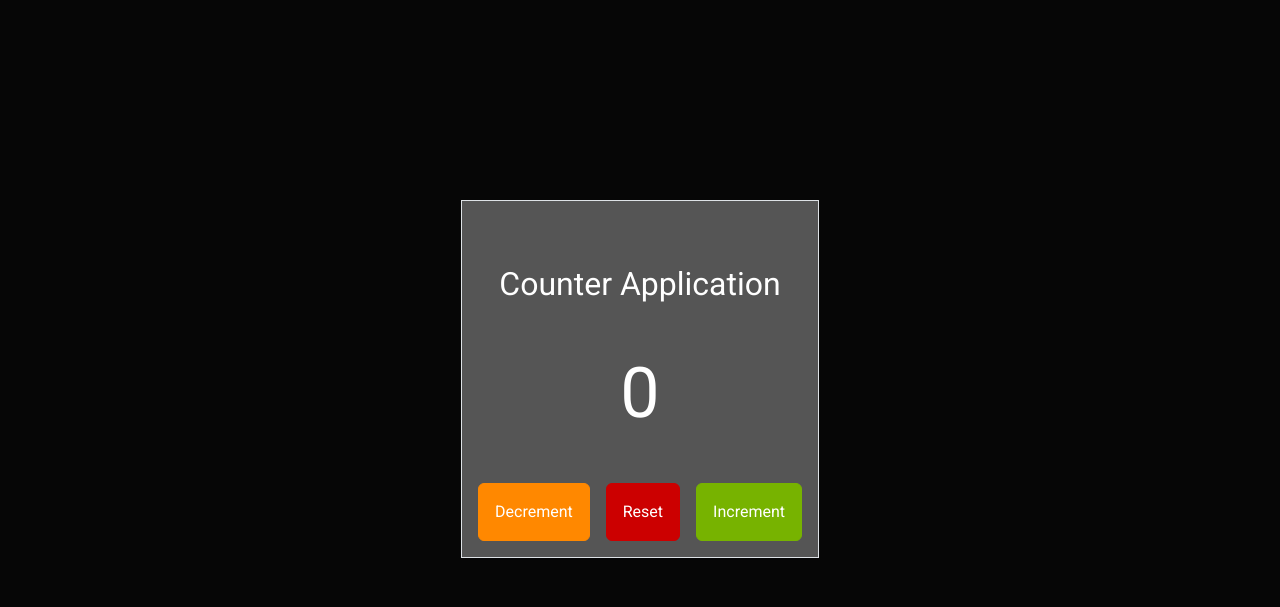
Repository: Afraz13/Emoboo
Page: /
The author's editor kept a copy of each file at every save. The page is drawn from the files as they stood at one save, then again after the next save.
The browser window is 1280 px wide. The pictures show the whole page.
The project was rebuilt for these pictures with package versions that can differ from the ones it lists, and the page was loaded fresh each time.

Above is the page before, as saved 2024-08-15 16:06:31.

### src/index.js
import React from 'react';
import ReactDOM from 'react-dom/client';
import './index.css';
import App from './App';
import '../src/bootstrap.min (5).css'
import { Provider } from 'react-redux';
import { store } from './Redux/store';


const root = ReactDOM.createRoot(document.getElementById('root'));
root.render(
  <React.StrictMode>
    <Provider store={store}> <App /></Provider>
  </React.StrictMode>
);

### src/App.js

import './App.css';
import Counter from './compontent/Counter'

function App() {
  return (
    <div className="App">

      <Counter/>
    </div>
  );
}

export default App;

### src/Redux/store.js
import { configureStore } from "@reduxjs/toolkit";
import counterSlice from "./counterSlice";


export const store = configureStore({

    reducer:{

        counter:counterSlice
    }
})

### src/compontent/Counter.jsx
import React from 'react'
import { useDispatch, useSelector } from 'react-redux'
import { decrement, increment, reset } from '../Redux/counterSlice'

function Counter() {

    const dispatch = useDispatch()

    const count = useSelector((state)=>state.counter.value)
  return (
    <div style={{marginTop:'200px'}} className='d-flex justify-content-center align-items-center w-100  flex-column   '>
        <div className='border p-3 bg-secondary '>
            <h4 className='mt-5 mb-5'>Counter Application</h4>
        <h1 style={{fontSize:'70px'}}>{count}</h1>
        <div className='mt-5'>
            <button onClick={()=>dispatch(decrement())} className='btn btn-warning p-3'>Decrement</button>
            <button onClick={()=>dispatch(reset())} className='btn btn-danger p-3 ms-3'>Reset</button>
            <button onClick={()=>dispatch(increment())} className='btn btn-success p-3 ms-3'>Increment</button>

        </div>
        </div>

    </div>
  )
}

export default Counter

### src/Redux/counterSlice.js
import { createSlice } from "@reduxjs/toolkit";



 export const counterSlice = createSlice({
    name:'counterApp',
    initialState:{
        value:0
    },
    // actions are create inside the reducers key as object

    reducers:{
        increment:(state)=>{

            state.value +=1
        },
        decrement:(state)=>{
            state.value -=1
        },
        reset:(state)=>{
            state.value =0
        }
    }
 })
 export const {increment,decrement,reset} = counterSlice.actions

 export default counterSlice.reducer

Loaded but not shown: public/index.html (common file); src/index.css (common file); src/bootstrap.min (5).css (library); src/App.css (common file)

After the next save:
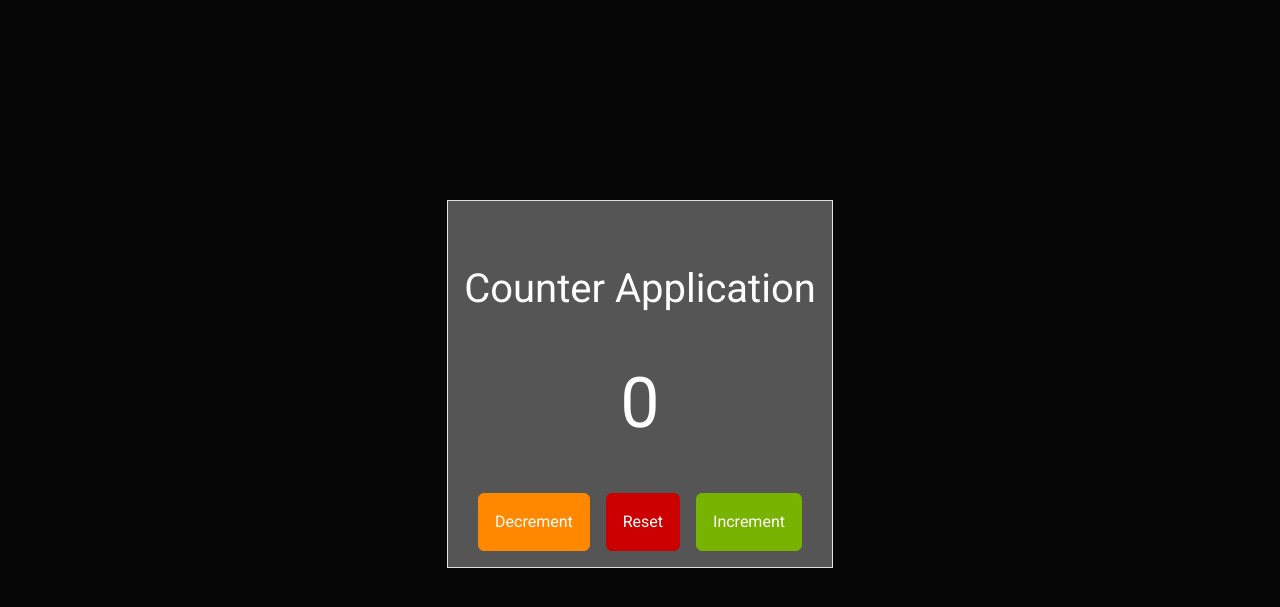
Saved 11 s later.
--- a/src/compontent/Counter.jsx
+++ b/src/compontent/Counter.jsx
@@ -10,7 +10,7 @@ function Counter() {
   return (
     <div style={{marginTop:'200px'}} className='d-flex justify-content-center align-items-center w-100  flex-column   '>
         <div className='border p-3 bg-secondary '>
-            <h4 className='mt-5 mb-5'>Counter Application</h4>
+            <h3 className='mt-5 mb-5'>Counter Application</h3>
         <h1 style={{fontSize:'70px'}}>{count}</h1>
         <div className='mt-5'>
             <button onClick={()=>dispatch(decrement())} className='btn btn-warning p-3'>Decrement</button>
